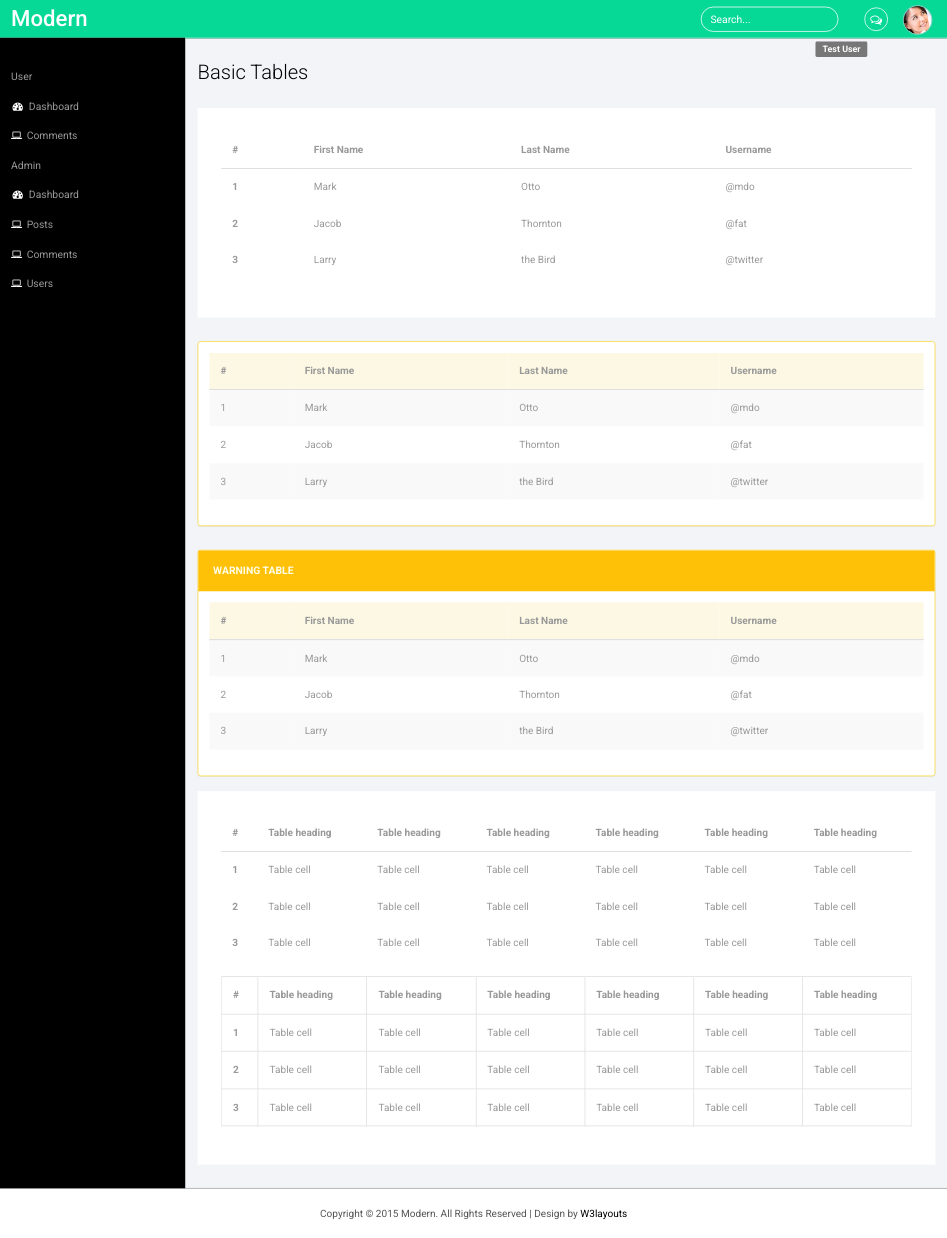
Repository: NomanMustafa/laravel-blog
Page: http://localhost/user/comments
An editor plug-in stored every save of this project. The page is shown before and after a run of saves, followed by the edit.
The browser window is 1280 px wide. The pictures show the whole page, at 74% of full size.
The page is served by the project's Laravel application, run on PHP 8.4 with Laravel 8. A made-up administrator, Test User (test@example.com), is signed in. Other server files are loaded and not shown.

Above is the page before, as saved 2020-07-06 14:44:27.

### routes/web.php
<?php

use Illuminate\Support\Facades\Route;

/*
|--------------------------------------------------------------------------
| Web Routes
|--------------------------------------------------------------------------
|
| Here is where you can register web routes for your application. These
| routes are loaded by the RouteServiceProvider within a group which
| contains the "web" middleware group. Now create something great!
|
 */

// Route::get('/', function () {
//     return view('welcome');
// });
Route::get('/', 'PublicControler@index')->name('index');
Route::get('post/{post}', 'PublicControler@singlePost')->name('singlePost');
Route::get('/about', 'PublicControler@about')->name('about');
Route::get('/contect', 'PublicControler@contect')->name('contect');
Route::post('/contect', 'PublicControler@contectPost')->name('contectPost');

Auth::routes();
Route::get('/dashboard', 'HomeController@index')->name('dashboard');

Route::prefix('user')->group(function () {
    Route::get('dashboard', 'UserController@dashboard')->name('userDashboard');
    Route::get('comments', 'UserController@comments')->name('userComments');
    Route::get('profile', 'UserController@profile')->name('userProfile');
    Route::post('profile', 'UserController@profilePost')->name('userProfilePost');
});

Route::prefix('author')->group(function () {
    Route::get('dashboard', 'AuthorController@dashboard')->name('authorDashboard');
    Route::get('posts', 'AuthorController@posts')->name('authorPosts');
    Route::get('comments', 'AuthorController@comments')->name('authorComments');
});

Route::prefix('admin')->group(function () {
    Route::get('/dashboard', 'AdminController@dashboard')->name('adminDashboard');
    Route::get('/posts', 'AdminController@posts')->name('adminPosts');
    Route::get('/comments', 'AdminController@comments')->name('adminComments');
    Route::get('/users', 'AdminController@users')->name('adminUsers');
});

### app/User.php
<?php

namespace App;

use Illuminate\Foundation\Auth\User as Authenticatable;
use Illuminate\Notifications\Notifiable;

class User extends Authenticatable
{
    use Notifiable;

    /**
     * The attributes that are mass assignable.
     *
     * @var array
     */
    protected $fillable = [
        'name', 'email', 'password',
    ];

    /**
     * The attributes that should be hidden for arrays.
     *
     * @var array
     */
    protected $hidden = [
        'password', 'remember_token',
    ];

    /**
     * The attributes that should be cast to native types.
     *
     * @var array
     */
    protected $casts = [
        'email_verified_at' => 'datetime',
    ];
    public function comments()
    {
        return $this->hasMany('App\Comment');

    }
}

### app/Http/Controllers/UserController.php
<?php

namespace App\Http\Controllers;

use Illuminate\Http\Request;
use App\Http\Requests\UpdateUser;
use Illuminate\Support\Facades\Auth;

class UserController extends Controller
{
    public function dashboard()
    {
        return view('user.dashboard');
    }

    public function comments()
    {
        return view('user.comments');
    }
    public function profile()
    {
        return view('user.profile');
    }
    public function profilePost(UpdateUser $request)
    {
        $user= Auth::user();
        $user->name = $request['name'];
        $user->email = $request['email'];
        $user->save();

        return back();

        dd($request->all());
    }

}

### resources/views/user/comments.blade.php
@extends('layouts.admin')

@section('content')
<div class="xs">
  	 <h3>Basic Tables</h3>

   <div class="panel-body1">
   <table class="table">
     <thead>
        <tr>
          <th>#</th>
          <th>First Name</th>
          <th>Last Name</th>
          <th>Username</th>
        </tr>
      </thead>
      <tbody>
        <tr>
          <th scope="row">1</th>
          <td>Mark</td>
          <td>Otto</td>
          <td>@mdo</td>
        </tr>
        <tr>
          <th scope="row">2</th>
          <td>Jacob</td>
          <td>Thornton</td>
          <td>@fat</td>
        </tr>
        <tr>
          <th scope="row">3</th>
          <td>Larry</td>
          <td>the Bird</td>
          <td>@twitter</td>
        </tr>
      </tbody>
    </table>
    </div>
    <div class="panel panel-warning" data-widget="{&quot;draggable&quot;: &quot;false&quot;}" data-widget-static="">
				<div class="panel-body no-padding">
					<table class="table table-striped">
						<thead>
							<tr class="warning">
								<th>#</th>
								<th>First Name</th>
								<th>Last Name</th>
								<th>Username</th>
							</tr>
						</thead>
						<tbody>
							<tr>
								<td>1</td>
								<td>Mark</td>
								<td>Otto</td>
								<td>@mdo</td>
							</tr>
							<tr>
								<td>2</td>
								<td>Jacob</td>
								<td>Thornton</td>
								<td>@fat</td>
							</tr>
							<tr>
								<td>3</td>
								<td>Larry</td>
								<td>the Bird</td>
								<td>@twitter</td>
							</tr>
						</tbody>
					</table>
				</div>
	</div>
	<div class="panel panel-warning" data-widget="{&quot;draggable&quot;: &quot;false&quot;}" data-widget-static="">
				<div class="panel-heading">
					<h2>Warning Table</h2>
					<div class="panel-ctrls" data-actions-container="" data-action-collapse="{&quot;target&quot;: &quot;.panel-body&quot;}"><span class="button-icon has-bg"><i class="ti ti-angle-down"></i></span></div>
				</div>
				<div class="panel-body no-padding" style="display: block;">
					<table class="table table-striped">
						<thead>
							<tr class="warning">
								<th>#</th>
								<th>First Name</th>
								<th>Last Name</th>
								<th>Username</th>
							</tr>
						</thead>
						<tbody>
							<tr>
								<td>1</td>
								<td>Mark</td>
								<td>Otto</td>
								<td>@mdo</td>
							</tr>
							<tr>
								<td>2</td>
								<td>Jacob</td>
								<td>Thornton</td>
								<td>@fat</td>
							</tr>
							<tr>
								<td>3</td>
								<td>Larry</td>
								<td>the Bird</td>
								<td>@twitter</td>
							</tr>
						</tbody>
					</table>
				</div>
			</div>
	<div class="bs-example4" data-example-id="simple-responsive-table">
    <div class="table-responsive">
      <table class="table">
        <thead>
          <tr>
            <th>#</th>
            <th>Table heading</th>
            <th>Table heading</th>
            <th>Table heading</th>
            <th>Table heading</th>
            <th>Table heading</th>
            <th>Table heading</th>
          </tr>
        </thead>
        <tbody>
          <tr>
            <th scope="row">1</th>
            <td>Table cell</td>
            <td>Table cell</td>
            <td>Table cell</td>
            <td>Table cell</td>
            <td>Table cell</td>
            <td>Table cell</td>
          </tr>
          <tr>
            <th scope="row">2</th>
            <td>Table cell</td>
            <td>Table cell</td>
            <td>Table cell</td>
            <td>Table cell</td>
            <td>Table cell</td>
            <td>Table cell</td>
          </tr>
          <tr>
            <th scope="row">3</th>
            <td>Table cell</td>
            <td>Table cell</td>
            <td>Table cell</td>
            <td>Table cell</td>
            <td>Table cell</td>
            <td>Table cell</td>
          </tr>
        </tbody>
      </table>
    </div><!-- /.table-responsive -->
    <div class="table-responsive">
      <table class="table table-bordered">
        <thead>
          <tr>
            <th>#</th>
            <th>Table heading</th>
            <th>Table heading</th>
            <th>Table heading</th>
            <th>Table heading</th>
            <th>Table heading</th>
            <th>Table heading</th>
          </tr>
        </thead>
        <tbody>
          <tr>
            <th scope="row">1</th>
            <td>Table cell</td>
            <td>Table cell</td>
            <td>Table cell</td>
            <td>Table cell</td>
            <td>Table cell</td>
            <td>Table cell</td>
          </tr>
          <tr>
            <th scope="row">2</th>
            <td>Table cell</td>
            <td>Table cell</td>
            <td>Table cell</td>
            <td>Table cell</td>
            <td>Table cell</td>
            <td>Table cell</td>
          </tr>
          <tr>
            <th scope="row">3</th>
            <td>Table cell</td>
            <td>Table cell</td>
            <td>Table cell</td>
            <td>Table cell</td>
            <td>Table cell</td>
            <td>Table cell</td>
          </tr>
        </tbody>
      </table>
    </div><!-- /.table-responsive -->
  </div>
  </div>
@endsection

### resources/views/includes/admin/headerNavigation.blade.php
  <nav class="top1 navbar navbar-default navbar-static-top" role="navigation" style="margin-bottom: 0">
<div class="navbar-header">
     <button type="button" class="navbar-toggle" data-toggle="collapse" data-target=".navbar-collapse">
         <span class="sr-only">Toggle navigation</span>
         <span class="icon-bar"></span>
         <span class="icon-bar"></span>
         <span class="icon-bar"></span>
     </button>
     <a class="navbar-brand" href="index.html">Modern</a>
 </div>
 <!-- /.navbar-header -->
 <ul class="nav navbar-nav navbar-right">
     <li class="dropdown">
         <a href="#" class="dropdown-toggle" data-toggle="dropdown" aria-expanded="false"><i class="fa fa-comments-o"></i></a> <span class="badge">{{ Auth::user()->name }}</span>

     <li class="dropdown">
         <a href="#" class="dropdown-toggle avatar" data-toggle="dropdown"><img src="{{ asset('admin/assets/images/1.png') }}"></a>
         <ul class="dropdown-menu">

             <form id="logout-form" method="post" action="{{ route('logout') }}"> @csrf </form>
             <li class="m_2"><a href="#" onclick="document.getElementById('logout-form').submit();"><i class="fa fa-lock"></i> Logout</a></li>
         </ul>
     </li>
 </ul>
 <form class="navbar-form navbar-right">
     <input type="text" class="form-control" value="Search..." onfocus="this.value = '';" onblur="if (this.value == '') {this.value = 'Search...';}">
 </form>

### resources/views/includes/admin/sideBar.blade.php
<div class="navbar-default sidebar" role="navigation">
    <div class="sidebar-nav navbar-collapse">
        <ul class="nav" id="side-menu">
            <li><a>User</a> </li>
            <li>
                <a href="{{ route('userDashboard') }}"><i class="fa fa-dashboard fa-fw nav_icon {{ Route::currentRouteName()== 'userDashboard' ? 'active': ''}}"></i>Dashboard</a>
            </li>
            <li>
                <a href="{{ route('userComments') }}"><i class="fa fa-laptop nav_icon {{ Route::currentRouteName()== 'userComments' ? 'active': ''}}" ></i>Comments</a>

                <!-- /.nav-second-level -->
            </li>
            @if(Auth::user()->author==true)
            <li> <a>Author</a> </li>
            <li>
                <a href="{{ route('authorDashboard') }}"><i class="fa fa-dashboard fa-fw nav_icon {{ Route::currentRouteName()== 'authorDashboard' ? 'active': ''}}"></i>Dashboard</a>
            </li>
            <li>
                <a href="{{ route('authorPosts') }}"><i class="fa fa-laptop nav_icon {{ Route::currentRouteName()== 'authorPosts' ? 'active': ''}}"></i>Posts</a>

                <!-- /.nav-second-level -->
            </li>
            <li>
                <a href="{{ route('authorComments') }}"><i class="fa fa-laptop nav_icon {{ Route::currentRouteName()== 'authorComments' ? 'active': ''}}"></i>Comments</a>

                <!-- /.nav-second-level -->
            </li>
            @endif
            @if(Auth::user()->admin==true)
            <li><a>Admin</a></li>
            <li>
                <a href="{{ route('adminDashboard') }}"><i class="fa fa-dashboard fa-fw nav_icon {{ Route::currentRouteName()== 'adminDashboard' ? 'active': ''}}"></i>Dashboard</a>
            </li>
            <li>
                <a href="{{ route('adminPosts') }}"><i class="fa fa-laptop nav_icon {{ Route::currentRouteName()== 'adminPosts' ? 'active': ''}}"></i>Posts</a>

                <!-- /.nav-second-level -->
            </li>
            <li>
                <a href="{{ route('adminComments') }}"><i class="fa fa-laptop nav_icon {{ Route::currentRouteName()== 'adminComments' ? 'active': ''}}"></i>Comments</a>

                <!-- /.nav-second-level -->
            </li>
            <li>
                <a href="{{ route('adminUsers') }}"><i class="fa fa-laptop nav_icon {{ Route::currentRouteName()== 'adminUsers' ? 'active': ''}}"></i>Users</a>

                <!-- /.nav-second-level -->
            </li>

            @endif

        </ul>
    </div>
    <!-- /.sidebar-collapse -->
</div>
<!-- /.navbar-static-side -->
  </nav>

### public/admin/assets/css/lines.css

.rickshaw_graph .detail {
	pointer-events: none;
	position: absolute;
	top: 0;
	z-index: 2;
	background: rgba(0, 0, 0, 0.1);
	bottom: 0;
	width: 1px;
	transition: opacity 0.25s linear;
	-moz-transition: opacity 0.25s linear;
	-o-transition: opacity 0.25s linear;
	-webkit-transition: opacity 0.25s linear;
}
.rickshaw_graph .detail.inactive {
	opacity: 0;
}
.rickshaw_graph .detail .item.active {
	opacity: 1;
}
.rickshaw_graph .detail .x_label {
	font-family: Arial, sans-serif;
	border-radius: 3px;
	padding: 6px;
	opacity: 0.5;
	border: 1px solid #e0e0e0;
	font-size: 12px;
	position: absolute;
	background: white;
	white-space: nowrap;
}
.rickshaw_graph .detail .x_label.left {
	left: 0;
}
.rickshaw_graph .detail .x_label.right {
	right: 0;
}
.rickshaw_graph .detail .item {
	position: absolute;
	z-index: 2;
	border-radius: 3px;

	font-size: 12px;
	font-family: Arial, sans-serif;
	opacity: 0;
	background: rgba(0, 0, 0, 0.4);
	color: white;
	border: 1px solid rgba(0, 0, 0, 0.4);
	margin-left: 1em;
	margin-right: 1em;
	margin-top: -1em;
	white-space: nowrap;
}
.rickshaw_graph .detail .item.left {
	left: 0;
}
.rickshaw_graph .detail .item.right {
	right: 0;
}
.rickshaw_graph .detail .item.active {
	opacity: 1;
	background: rgba(0, 0, 0, 0.8);
}
.rickshaw_graph .detail .item:after {
	position: absolute;
	display: block;
	width: 0;
	height: 0;

	content: "";

	border: 5px solid transparent;
}
.rickshaw_graph .detail .item.left:after {
	top: 1em;
	left: -5px;
	margin-top: -5px;
	border-right-color: rgba(0, 0, 0, 0.8);
	border-left-width: 0;
}
.rickshaw_graph .detail .item.right:after {
	top: 1em;
	right: -5px;
	margin-top: -5px;
	border-left-color: rgba(0, 0, 0, 0.8);
	border-right-width: 0;
}
.rickshaw_graph .detail .dot {
	width: 4px;
	height: 4px;
	margin-left: -3px;
	margin-top: -3.5px;
	border-radius: 5px;
	position: absolute;
	box-shadow: 0 0 2px rgba(0, 0, 0, 0.6);
	box-sizing: content-box;
	-moz-box-sizing: content-box;
	background: white;
	border-width: 2px;
	border-style: solid;
	display: none;
	background-clip: padding-box;
}
.rickshaw_graph .detail .dot.active {
	display: block;
}
/* graph */
#chart {
  width: 649px !important;
  height: 400px !important;
  background-color: #fff;
}
.rickshaw_graph {
	position: relative;
}
.rickshaw_graph svg {
  display: block;
  overflow: hidden;
}
@media (max-width:1366px){
#chart {
  width:533px !important;
}
}
@media (max-width:1280px){
#chart {
  width:483px !important;
}
canvas#doughnut, canvas#line, canvas#polarArea, #bar, #pie, #radar {
  width: 308px !important;
  height: 220px !important;
}
}
@media (max-width:1024px){
#chart {
  width:360px !important;
  height:300px !important;
}
}
@media (max-width:768px){
#chart {
  width:468px !important;
  height: 300px !important;
}
}
@media (max-width:736px){
#chart {
  width:685px !important;
  height: 300px !important;
}
}
@media (max-width:640px){
#chart {
  width:580px !important;
  height:250px !important;
}
}
@media (max-width:540px){
#chart {
  width:464px !important;
  height:250px !important;
}
}
@media (max-width:480px){
#chart {
  width:447px !important;
  height:250px !important;
}
}
@media (max-width:320px){
#chart {
  width:298px !important;
  height:250px !important;
}
.copy {
  padding: 10px;
}
.copy p{
  font-size:13px;
}
.btn-group-lg>.btn, .btn-lg {
  padding: 6px 7px;
  font-size: 16px;
}
.label {
  font-size: 56%;
}
.pagination-lg>li>a, .pagination-lg>li>span {
  padding: 8px 13px;
  font-size: 15px;
}
.nav>li>a {
  padding: 7px 8px;
}
.modal-dialog {
  width: 245px !important;
}
}

### public/admin/assets/css/custom.css
#wrapper {
    width: 100%;
}
#page-wrapper {
    /*--padding: 0 15px;--*/
    min-height: 568px;
    background-color: #fff;
}

@media(min-width:768px) {
    #page-wrapper {
        position: inherit;
        margin: 0 0 0 250px;
        /*--padding: 0 30px;--*/
        border-left: 1px solid #e7e7e7;
    }
}

.navbar-top-links {
    margin-right: 0;
}

.navbar-top-links li {
    display: inline-block;
}

.navbar-top-links li:last-child {
    margin-right: 15px;
}

.navbar-top-links li a {
    padding: 15px;
    min-height: 50px;
}

.navbar-top-links .dropdown-menu li {
    display: block;
}

.navbar-top-links .dropdown-menu li:last-child {
    margin-right: 0;
}

.navbar-top-links .dropdown-menu li a {
    padding: 3px 20px;
    min-height: 0;
}

.navbar-top-links .dropdown-menu li a div {
    white-space: normal;
}

.navbar-top-links .dropdown-messages,
.navbar-top-links .dropdown-tasks,
.navbar-top-links .dropdown-alerts {
    width: 310px;
    min-width: 0;
}
.navbar-top-links .dropdown-messages {
    margin-left: 5px;
}
.navbar-top-links .dropdown-tasks {
    margin-left: -59px;
}

.navbar-top-links .dropdown-alerts {
    margin-left: -123px;
}

.navbar-top-links .dropdown-user {
    right: 0;
    left: auto;
}

.sidebar .sidebar-nav.navbar-collapse {
    padding-right: 0;
    padding-left: 0;
}

.sidebar .sidebar-search {
    padding: 15px;
}
.sidebar .arrow {
    float: right;
}

.sidebar .fa.arrow:before {
    content: "\f104";
}

.sidebar .active>a>.fa.arrow:before {
    content: "\f107";
}

.sidebar .nav-second-level li,
.sidebar .nav-third-level li {
    border-bottom: 0!important;
}

.sidebar .nav-second-level li a {
    padding-left: 37px;
}

.sidebar .nav-third-level li a {
    padding-left: 52px;
}

@media(min-width:768px) {
    .sidebar {
        z-index: 1;
        position: absolute;
        width: 250px;
        margin-top: 51px;
    }

    .navbar-top-links .dropdown-messages,
    .navbar-top-links .dropdown-tasks,
    .navbar-top-links .dropdown-alerts {
        margin-left: auto;
    }
}

### public/admin/assets/css/jqvmap.css
/*!
 * jQVMap Version 1.0
 *
 * http://jqvmap.com
 *
 * Copyright 2012, Peter Schmalfeldt <manifestinteractive@gmail.com>
 * Licensed under the MIT license.
 *
 * Fork Me @ https://github.com/manifestinteractive/jqvmap
 */
.jqvmap-label
{
	position: absolute;
	display: none;
	-webkit-border-radius: 3px;
	-moz-border-radius: 3px;
	border-radius: 3px;
	background: #292929;
	color: white;
	font-family: sans-serif, Verdana;
	font-size: smaller;
	padding: 3px;
}
.jqvmap-zoomin, .jqvmap-zoomout
{
  position: absolute;
  left: 10px;
  -webkit-border-radius: 3px;
  -moz-border-radius: 3px;
  border-radius: 3px;
  background: #000000;
  padding: 1px;
  color: white;
  width: 10px;
  height: 10px;
  cursor: pointer;
  line-height: 9px;
  text-align: center;
}
.jqvmap-zoomin
{
	top: 10px;
}
.jqvmap-zoomout
{
	top: 30px;
}
.jqvmap-region
{
  cursor: pointer;
}
.jqvmap-ajax_response
{
  width: 100%;
  height: 500px;
}

Loaded but not shown: app/Providers/AppServiceProvider.php (common file); app/Http/Controllers/Auth/LoginController.php (common file); app/Http/Controllers/Controller.php (common file); app/Http/Controllers/Auth/ConfirmPasswordController.php (common file); public/admin/assets/css/bootstrap.min.css (library); public/admin/assets/css/font-awesome.css (library); public/admin/assets/js/jquery.min.js (library); public/admin/assets/js/metisMenu.min.js (common file); public/admin/assets/js/d3.v3.js (library); public/admin/assets/js/jquery.vmap.js (library); public/admin/assets/js/jquery.vmap.sampledata.js (common file); public/admin/assets/js/jquery.vmap.world.js (library); public/admin/assets/js/bootstrap.min.js (library); public/admin/assets/js/rickshaw.js (3908 lines, source omitted); public/admin/assets/js/custom.js (36 lines, source omitted); public/admin/assets/css/style.css (2713 lines, source omitted); resources/views/layouts/admin.blade.php (92 lines, source omitted)

After the next 3 saves:
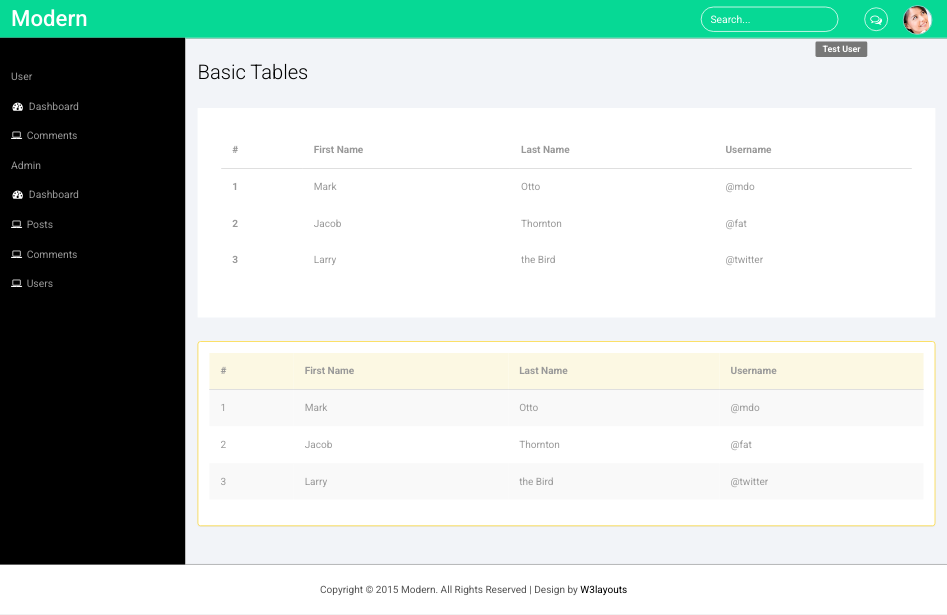
The 3 saves are shown as one change because they came seconds apart.
The last was saved 39 s later.
--- a/resources/views/user/comments.blade.php
+++ b/resources/views/user/comments.blade.php
@@ -70,133 +70,7 @@
 					</table>
 				</div>
 	</div>
-	<div class="panel panel-warning" data-widget="{&quot;draggable&quot;: &quot;false&quot;}" data-widget-static="">
-				<div class="panel-heading">
-					<h2>Warning Table</h2>
-					<div class="panel-ctrls" data-actions-container="" data-action-collapse="{&quot;target&quot;: &quot;.panel-body&quot;}"><span class="button-icon has-bg"><i class="ti ti-angle-down"></i></span></div>
-				</div>
-				<div class="panel-body no-padding" style="display: block;">
-					<table class="table table-striped">
-						<thead>
-							<tr class="warning">
-								<th>#</th>
-								<th>First Name</th>
-								<th>Last Name</th>
-								<th>Username</th>
-							</tr>
-						</thead>
-						<tbody>
-							<tr>
-								<td>1</td>
-								<td>Mark</td>
-								<td>Otto</td>
-								<td>@mdo</td>
-							</tr>
-							<tr>
-								<td>2</td>
-								<td>Jacob</td>
-								<td>Thornton</td>
-								<td>@fat</td>
-							</tr>
-							<tr>
-								<td>3</td>
-								<td>Larry</td>
-								<td>the Bird</td>
-								<td>@twitter</td>
-							</tr>
-						</tbody>
-					</table>
-				</div>
-			</div>
-	<div class="bs-example4" data-example-id="simple-responsive-table">
-    <div class="table-responsive">
-      <table class="table">
-        <thead>
-          <tr>
-            <th>#</th>
-            <th>Table heading</th>
-            <th>Table heading</th>
-            <th>Table heading</th>
-            <th>Table heading</th>
-            <th>Table heading</th>
-            <th>Table heading</th>
-          </tr>
-        </thead>
-        <tbody>
-          <tr>
-            <th scope="row">1</th>
-            <td>Table cell</td>
-            <td>Table cell</td>
-            <td>Table cell</td>
-            <td>Table cell</td>
-            <td>Table cell</td>
-            <td>Table cell</td>
-          </tr>
-          <tr>
-            <th scope="row">2</th>
-            <td>Table cell</td>
-            <td>Table cell</td>
-            <td>Table cell</td>
-            <td>Table cell</td>
-            <td>Table cell</td>
-            <td>Table cell</td>
-          </tr>
-          <tr>
-            <th scope="row">3</th>
-            <td>Table cell</td>
-            <td>Table cell</td>
-            <td>Table cell</td>
-            <td>Table cell</td>
-            <td>Table cell</td>
-            <td>Table cell</td>
-          </tr>
-        </tbody>
-      </table>
-    </div><!-- /.table-responsive -->
-    <div class="table-responsive">
-      <table class="table table-bordered">
-        <thead>
-          <tr>
-            <th>#</th>
-            <th>Table heading</th>
-            <th>Table heading</th>
-            <th>Table heading</th>
-            <th>Table heading</th>
-            <th>Table heading</th>
-            <th>Table heading</th>
-          </tr>
-        </thead>
-        <tbody>
-          <tr>
-            <th scope="row">1</th>
-            <td>Table cell</td>
-            <td>Table cell</td>
-            <td>Table cell</td>
-            <td>Table cell</td>
-            <td>Table cell</td>
-            <td>Table cell</td>
-          </tr>
-          <tr>
-            <th scope="row">2</th>
-            <td>Table cell</td>
-            <td>Table cell</td>
-            <td>Table cell</td>
-            <td>Table cell</td>
-            <td>Table cell</td>
-            <td>Table cell</td>
-          </tr>
-          <tr>
-            <th scope="row">3</th>
-            <td>Table cell</td>
-            <td>Table cell</td>
-            <td>Table cell</td>
-            <td>Table cell</td>
-            <td>Table cell</td>
-            <td>Table cell</td>
-          </tr>
-        </tbody>
-      </table>
-    </div><!-- /.table-responsive -->
+<!-- /.table-responsive -->
   </div>
   </div>
 @endsection
